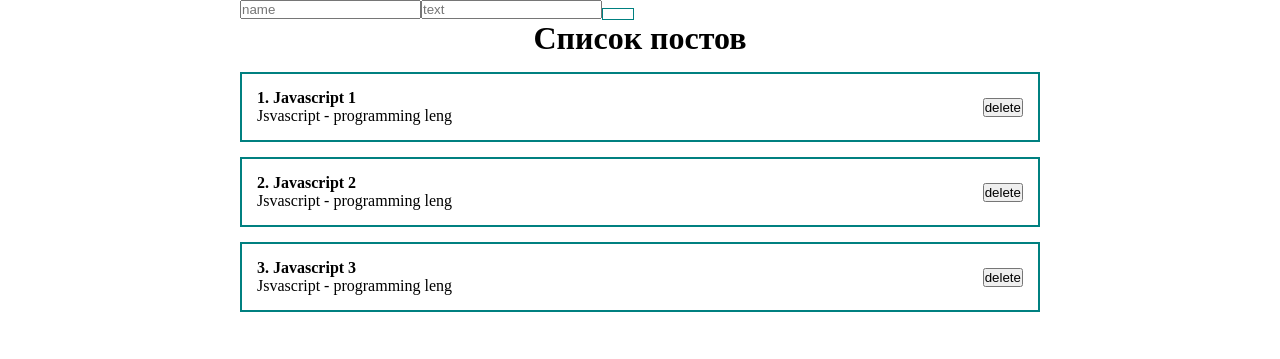
Repository: tsydikov/reactTodo
Page: /
These files come from the project's save history. The page is drawn as it stood at one moment and after the next save; the edit follows.
The browser window is 1280 px wide. The pictures show the whole page.
The project was rebuilt for these pictures with package versions that can differ from the ones it lists, and the page was loaded fresh each time.

Above is the page before, as saved 2021-08-29 12:39:47.

After the next save:
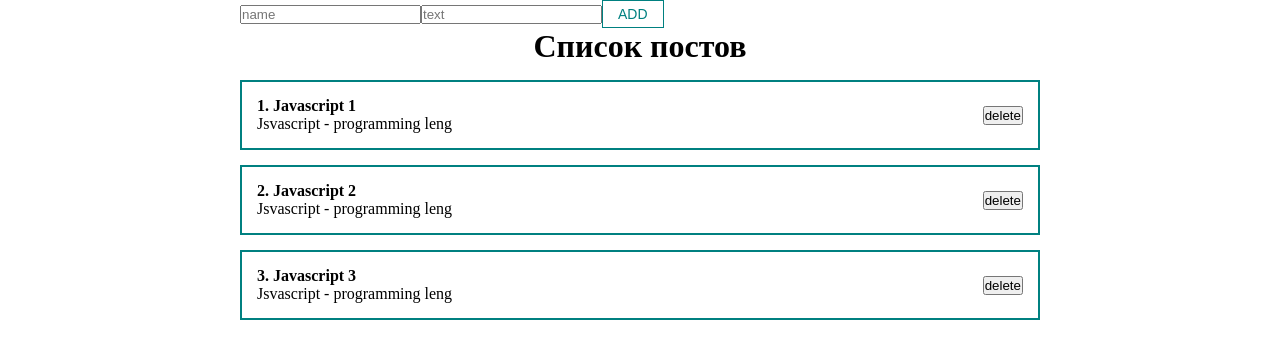
Saved 95 s later.
--- a/src/UI/button/MyButton.jsx
+++ b/src/UI/button/MyButton.jsx
@@ -3,7 +3,8 @@ import classes from "./MyButton.module.css";
 
 const MyButton = (props) => {
     return (
-        <button className={classes.myBtn} >
+        <button className={classes.myBtn}>
+            {props.children}
         </button>
     )
 }
